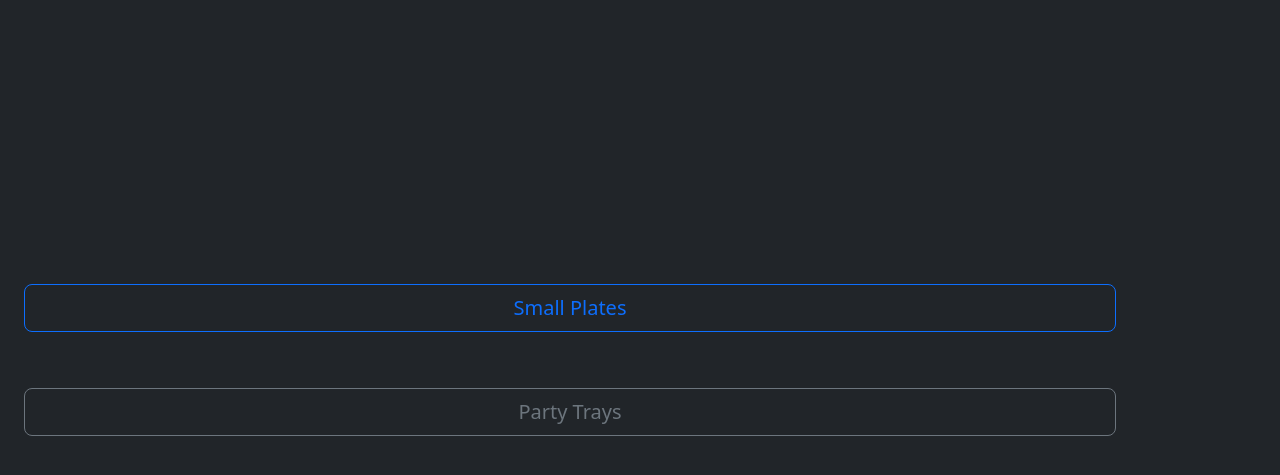
Repository: dukedward/smokehousemenu
Page: index.html
An editor plug-in stored every save of this project. The page is shown before and after the next save, followed by the edit.
The browser window is 1280 px wide. The pictures show the whole page.

Above is the page before, as saved 2023-02-28 20:11:14.

After the next save:
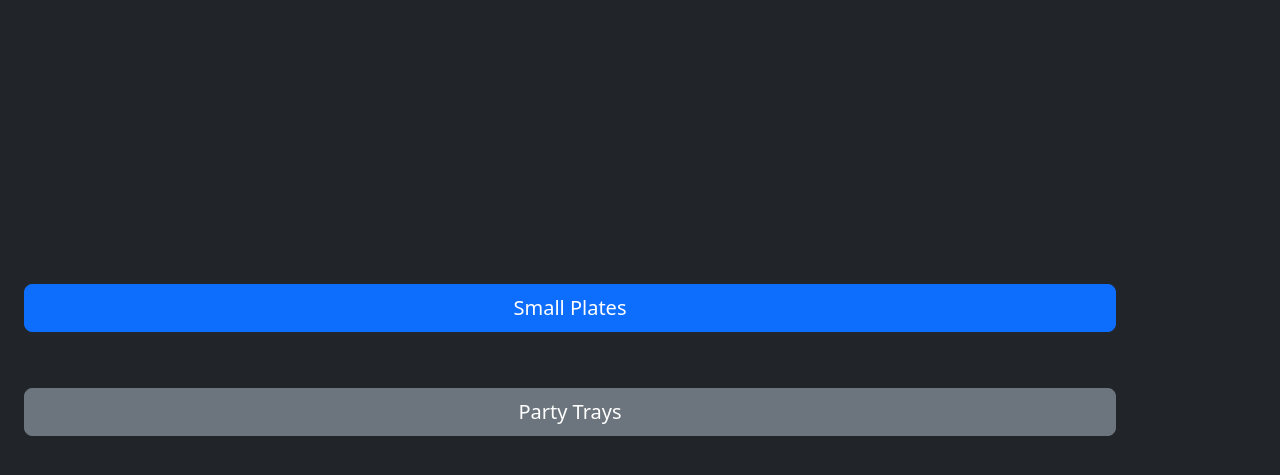
Saved 23 s later.
--- a/index.html
+++ b/index.html
@@ -11,8 +11,8 @@
 <body>
     <div class="container d-flex align-items-center justify-content-center">
         <div class="buttons d-grid gap-2 col-12">
-            <a class="btn btn-lg btn-outline-primary m-4" href="/plates/" >Small Plates</a>
-            <a class="btn btn-lg btn-outline-secondary m-4" href="/trays/" >Party Trays</a>
+            <a class="btn btn-lg btn-primary m-4" href="/plates/" >Small Plates</a>
+            <a class="btn btn-lg btn-secondary m-4" href="/trays/" >Party Trays</a>
         </div>
     </div>
     <script src="https://cdn.jsdelivr.net/npm/bootstrap@5.3.0-alpha1/dist/js/bootstrap.bundle.min.js" integrity="sha384-w76AqPfDkMBDXo30jS1Sgez6pr3x5MlQ1ZAGC+nuZB+EYdgRZgiwxhTBTkF7CXvN" crossorigin="anonymous"></script>
